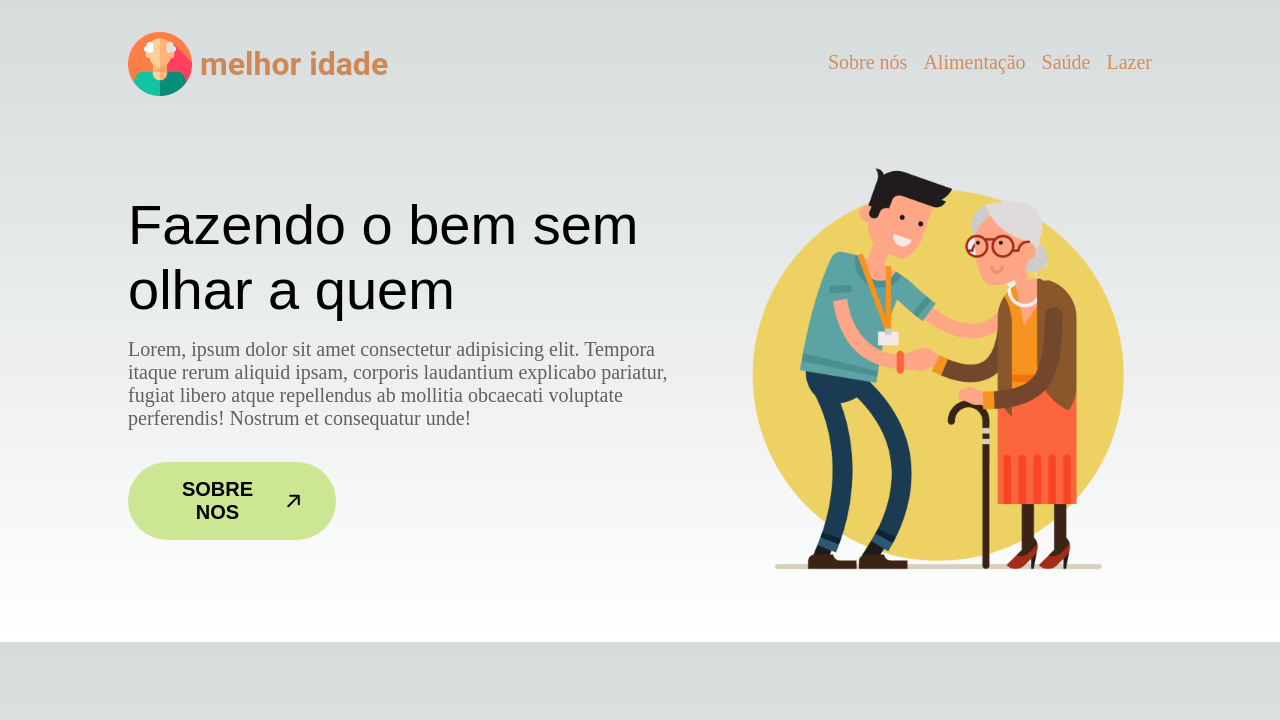
Repository: Giopol12/melhor-idade-online
Page: /index.page
The author's editor kept a copy of each file at every save. The page is drawn from the files as they stood at one save, then again after the next save.
The browser window is 1280 px wide. The pictures show the whole page.
The project was rebuilt for these pictures with package versions that can differ from the ones it lists, and the page was loaded fresh each time. The framework's server and built-in components were replaced by stand-ins that run in the browser. Also part of the build but not shown: next.config.js.

Above is the page before, as saved 2023-11-21 10:00:47.

After the next save:
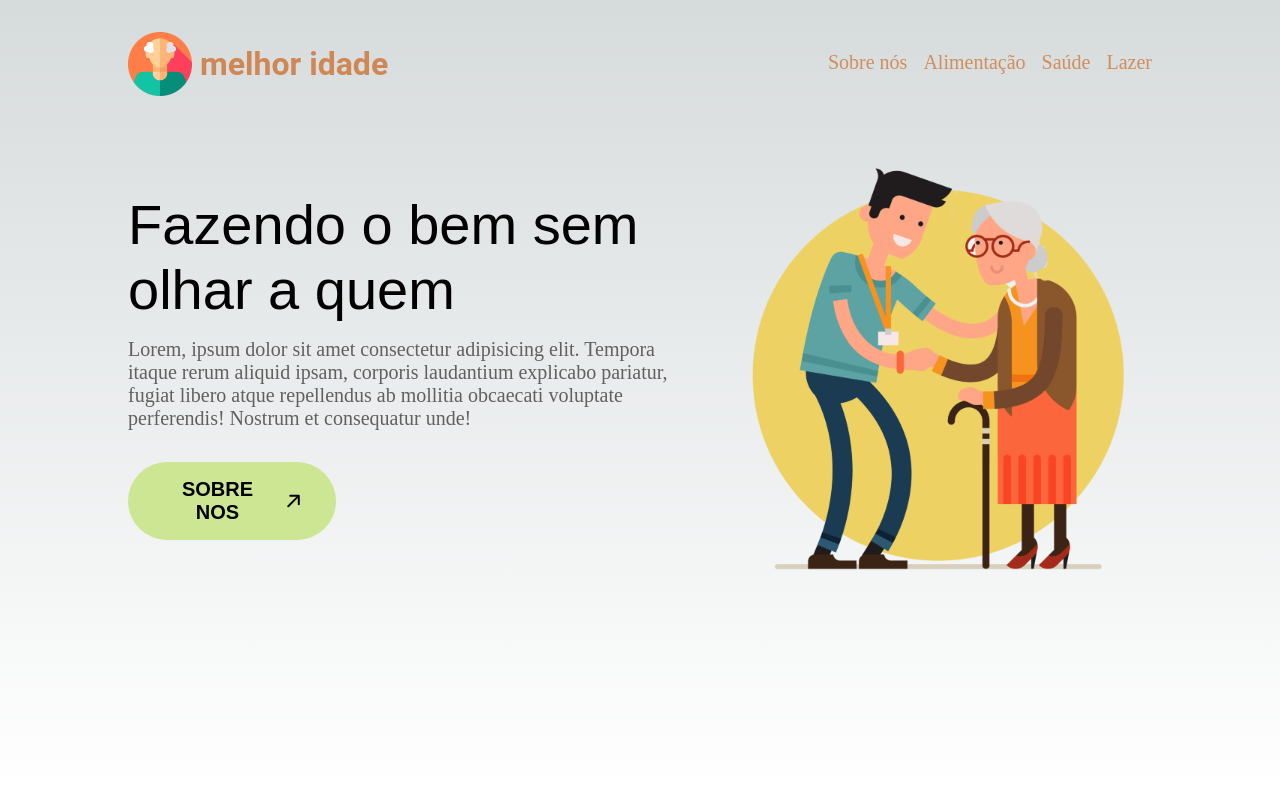
Saved 112 s later.
--- a/src/components/OurMission/styles.ts
+++ b/src/components/OurMission/styles.ts
@@ -1,3 +1,5 @@
 import { styled } from '@/styles'
 
-export const OurMissionContainer = styled('div', {})
+export const OurMissionContainer = styled('div', {
+  margin: '12rem auto',
+})
